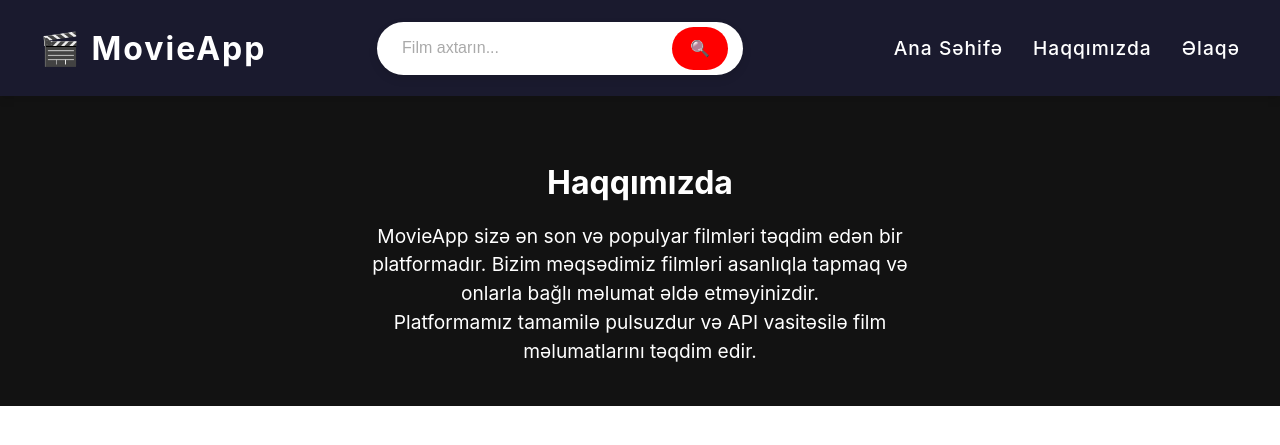
Repository: Zulfiyya077/InternIntelligence_MovieWebsite
Page: /about
These files come from the project's save history. The page is drawn as it stood at one moment and after the next save; the edit follows.
The browser window is 1280 px wide. The pictures show the whole page.
The project was rebuilt for these pictures with package versions that can differ from the ones it lists, and the page was loaded fresh each time. Also part of the build but not shown: vite.config.js, src/services/MovieService.jsx, src/components/MovieCard.module.css, src/components/MovieCard.jsx, src/pages/Home.module.css, src/pages/Home.jsx, src/pages/MovieDetailsPage.module.css, src/pages/MovieDetailsPage.jsx and 3 more.

Above is the page before, as saved 2025-02-24 01:44:40.

After the next save:
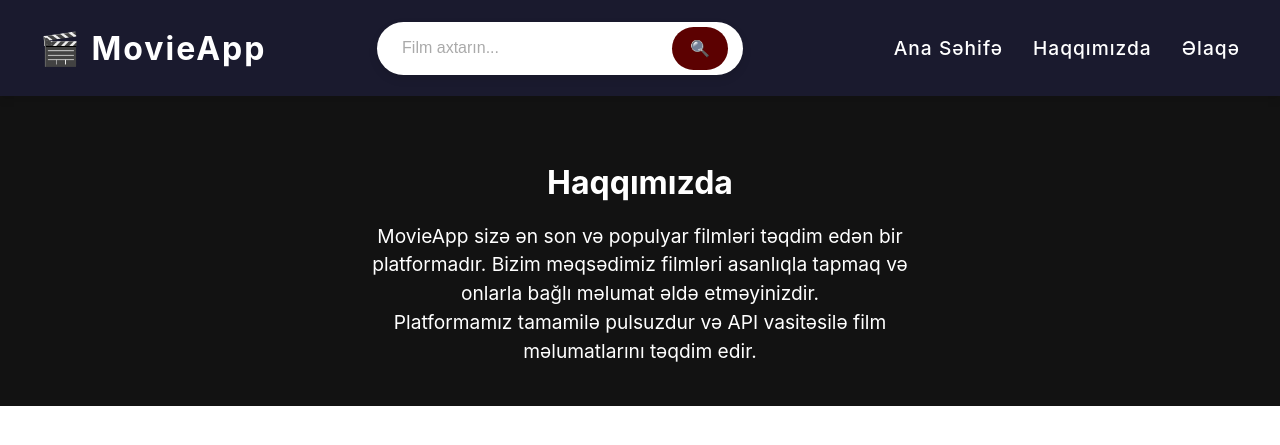
Saved 15 s later.
--- a/src/components/SearchBar.module.css
+++ b/src/components/SearchBar.module.css
@@ -43,7 +43,7 @@
 }
 
 .searchBar button {
-    background-color: #ff0000;
+    background-color: #5c0101;
     border: none;
     padding: 12px 18px;
     cursor: pointer;
